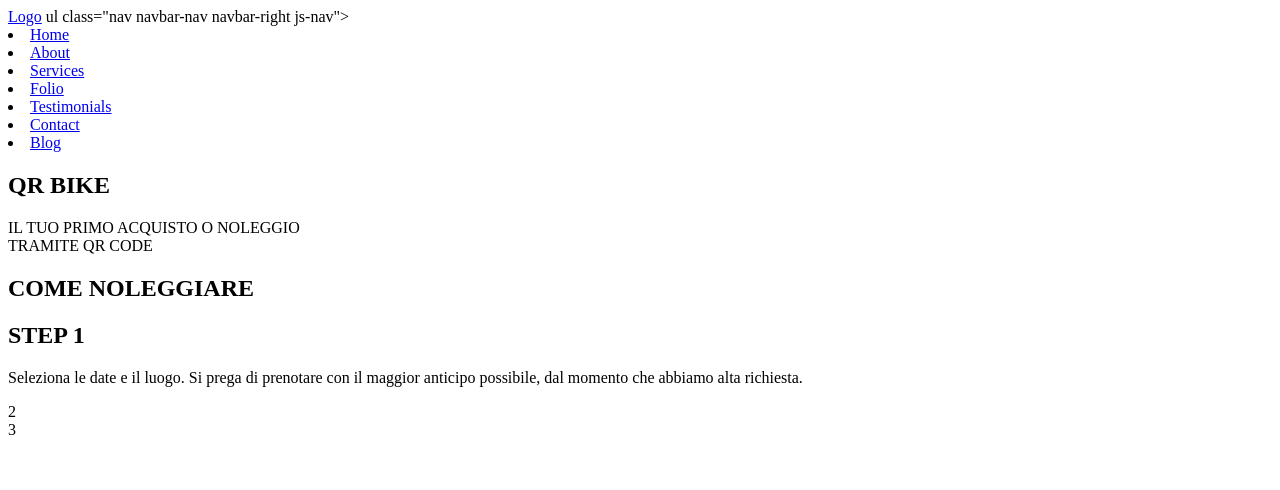
Repository: andrealepori/qrbike
Page: index.html
The author's editor kept a copy of each file at every save. The page is drawn from the files as they stood at one save, then again after the next save.
The browser window is 1280 px wide. The pictures show the whole page.

Above is the page before, as saved 2020-09-16 16:40:07.

After the next save:
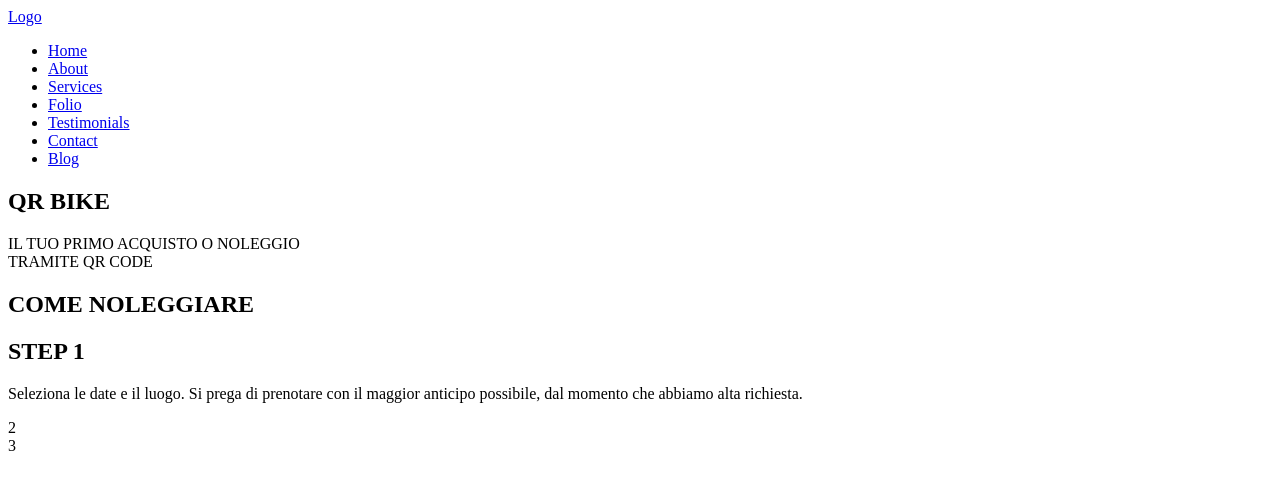
Saved 4 s later.
--- a/index.html
+++ b/index.html
@@ -27,7 +27,7 @@
 
 
 
-    ul class="nav navbar-nav navbar-right js-nav">
+    <ul class="nav navbar-nav navbar-right js-nav">
             <li><a href="#home">Home</a></li>
 
             <li><a href="#about">About</a></li>
